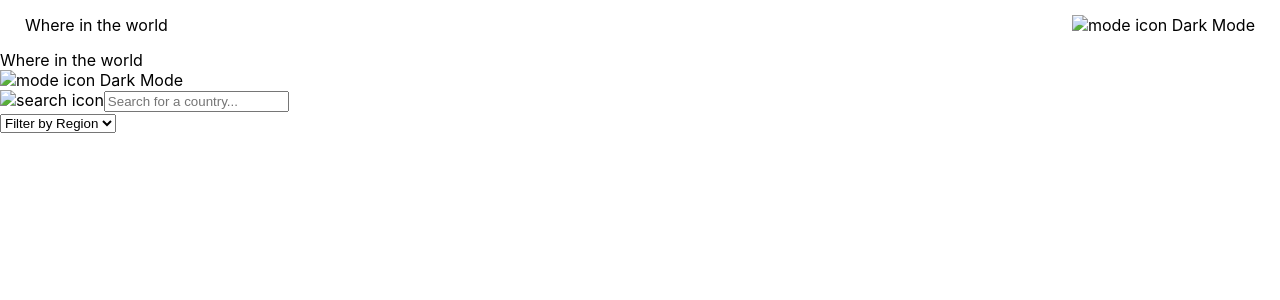
Repository: faithandjs/rest-countries-api
Page: /
An editor plug-in stored every save of this project. The page is shown before and after the next save, followed by the edit.
The browser window is 1280 px wide. The pictures show the whole page.
The page's requests for data from a server got no answer. The project was rebuilt for these pictures with package versions that can differ from the ones it lists, and the page was loaded fresh each time. No one was signed in, and anything a server would have sent is missing. Also part of the build but not shown: src/components/details.tsx.

Above is the page before, as saved 2022-04-12 23:43:00.

After the next save:
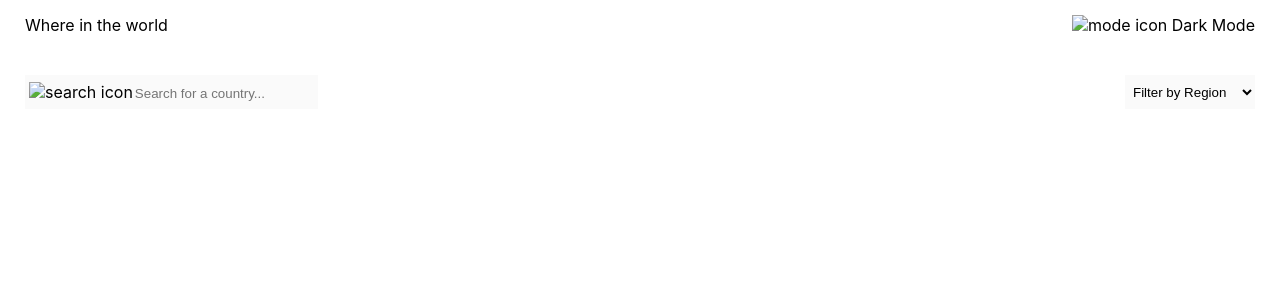
Saved 17 s later.
--- a/src/components/home.tsx
+++ b/src/components/home.tsx
@@ -102,12 +102,7 @@ function Home(): JSX.Element {
         )
     }
      return (
-        <div className='body'>
-            <div className='firsthalf'>
-                <div>Where in the world</div>
-                <div><img alt='mode icon'/> Dark Mode</div>
-            </div>
-            <div className='secondhalf'>
+            <div className='home'>
                 <form onSubmit={(e) => e.preventDefault()}>
                     <div>
                         <img alt='search icon'/>
@@ -147,7 +142,6 @@ function Home(): JSX.Element {
                     }
                 </div>
             </div>
-        </div>
     );
 }
 
